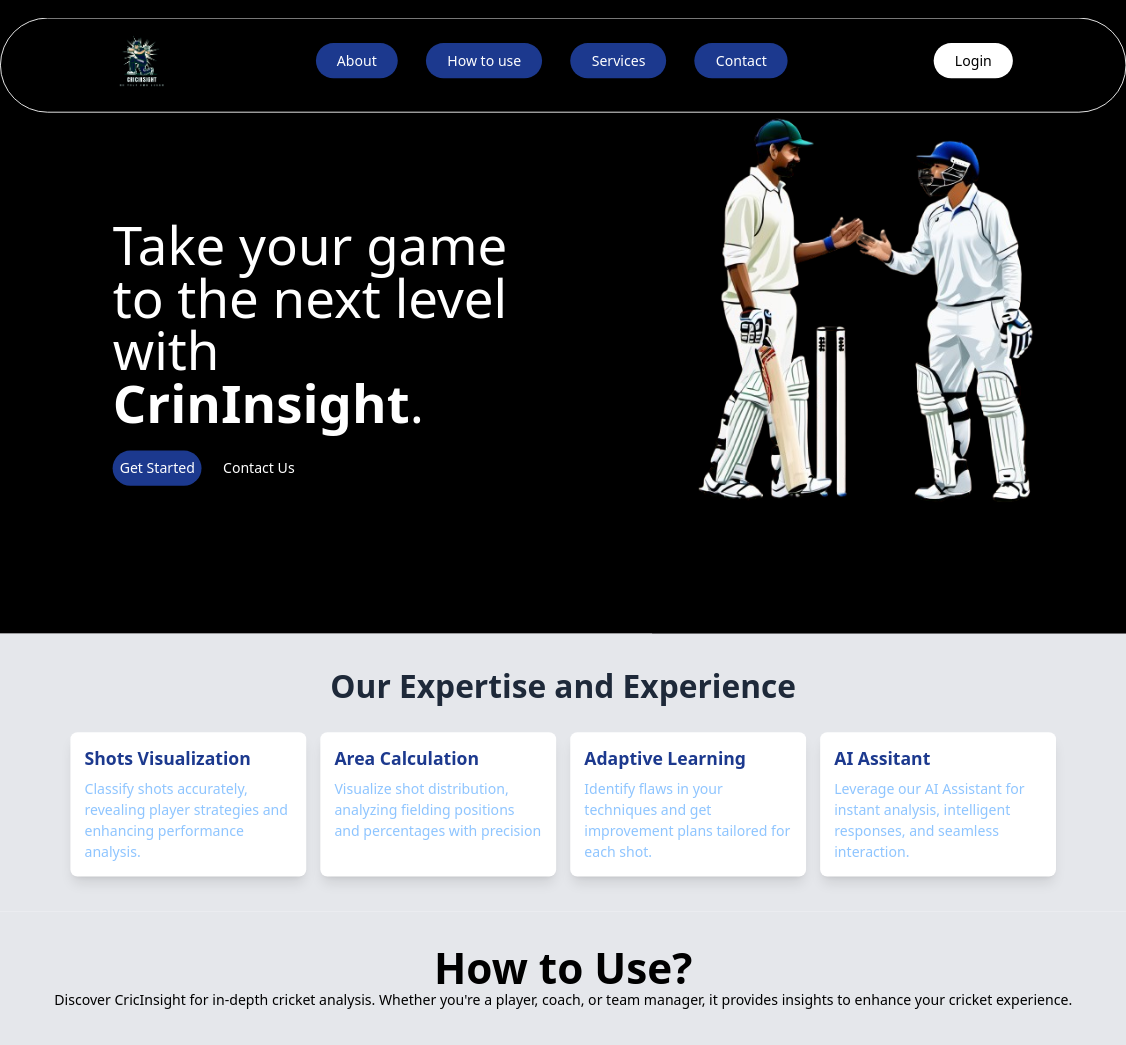
Repository: ahsanfawadaf/cricket
Page: /
These files come from the project's save history. The page is drawn as it stood at one moment and after the next save; the edit follows.
The browser window is 1280 px wide. The pictures show the whole page, at 88% of full size.
The project was rebuilt for these pictures with package versions that can differ from the ones it lists, and the page was loaded fresh each time. Also part of the build but not shown: vite.config.js.

Above is the page before, as saved 2025-09-16 12:33:14.

### index.html
<!doctype html>
<html lang="en">
  <head>
    <meta charset="UTF-8" />
    <link rel="icon" type="image/svg+xml" href="/cric_logo.png" />
    <meta name="viewport" content="width=device-width, initial-scale=1.0" />
    <title>Cricket Web</title>
  </head>
  <body>
    <div id="root"></div>
    <script type="module" src="/src/main.jsx"></script>
  </body>
</html>

### src/App.jsx
import React from 'react'

import Header from './components/Header'
import Our_experience from './components/Our_experience'
import Howtouse from './components/Howtouse'


const App = () => {
  return (
    <div>
     <Header/>
     <Our_experience/>
     <Howtouse/>



    </div>
  )
}

export default App

### src/components/Header.jsx
import React from 'react'
import Navbar from './Navbar'
import cric_home_img from '../assets/cric_home_img.png'

const Header = () => {
  return (
    <div className='w-full min-h-screen bg-cover bg-black items-center flex overflow-hidden'>
    <Navbar/>
         <div className='flex flex-col mx-auto items-start px-2 md:px-20 lg:px-32'>
             <h1 className='text-md block font-xsm sm:text-6xl text-white gap-2 max-w-6xl inline-block pt-20'>Take your game to  the next level with <span className='text-4xl sm:text-6xl font-bold'>CrinInsight</span>.</h1>
             <div className='flex gap-4 mt-6'>
                 <button className='rounded-full bg-blue-900 text-white px-2 py-2'>Get Started</button>
                 <button className='rounded-full bg-transparent  text-white px-2 py-2'>Contact Us</button>
             </div>
         </div>

         <div className='w-full bg-cover bg-black overflow-hidden min-h-screen'>
                 <img className='h-full pt-28 object-contain' src={cric_home_img} alt="" />
         </div>



    </div>
  )
}

export default Header

### src/components/Our_experience.jsx
import React from 'react'

const Our_experience = () => {
  return (
    <div className='bg-gray-200 py-10'>
          <h2 className='text-center font-bold text-4xl text-gray-800 mb-8'>Our Expertise and Experience</h2>


          <div className='max-w-6xl mx-auto px-4 grid grid-cols-1 md:grid-cols-2 lg:grid-cols-4 gap-4'>

               <div className='bg-white shadow-lg rounded-lg '>
                   <div className='p-4'>
                    <h3 className='text-xl mb-2 text-blue-900 font-semibold '>Shots Visualization</h3>
                    <p className='text-blue-300'>Classify shots accurately, revealing player strategies and enhancing performance analysis.</p>

                   </div>

               </div>
               <div className='bg-white shadow-lg rounded-lg '>
                   <div className='p-4'>
                    <h3 className='text-xl mb-2 text-blue-900 font-semibold '>Area Calculation</h3>
                    <p className='text-blue-300'>Visualize shot distribution, analyzing fielding positions and percentages with precision</p>

                   </div>

               </div>
               <div className='bg-white shadow-lg rounded-lg '>
                   <div className='p-4'>
                    <h3 className='text-xl mb-2 text-blue-900 font-semibold '>Adaptive Learning</h3>
                    <p className='text-blue-300'>Identify flaws in your techniques and get improvement plans tailored for each shot.</p>

                   </div>

               </div>
               <div className='bg-white shadow-lg rounded-lg '>
                   <div className='p-4'>
                    <h3 className='text-xl mb-2 text-blue-900 font-semibold '>AI Assitant</h3>
                    <p className='text-blue-300'>Leverage our AI Assistant for instant analysis, intelligent responses, and seamless interaction.</p>

                   </div>

               </div>







          </div>









    </div>
  )
}

export default Our_experience

### src/components/Howtouse.jsx
import React from 'react'

const Howtouse = () => {
  return (
    <div className='bg-gray-200 py-10'>
        <h2 className='text-5xl text-center font-semibold '>How to Use?</h2>
        <p className='px-2 text-center'>Discover CricInsight for in-depth cricket analysis. Whether you're a player, coach, or team manager, it provides insights to enhance your cricket experience.</p>







    </div>
  )
}

export default Howtouse

### src/components/Navbar.jsx
import React from 'react'
import cric_logo from '../assets/cric_logo.png'

const Navbar = () => {
  return (
    <div className='top-0 mt-5 pb-4  left-0 w-full fixed z-99 rounded-full bg-transparent border border-white' style={{height:'15vh'}}  >


        <div className='mx-auto justify-between flex items-center px-4 py-4   md:px-20 lg:px-32'>

         <img src={cric_logo} className='h-full max-h-16 object-contain' alt="" />



         <ul className='hidden md:flex gap-8 text-white '>

             <button className='rounded-full px-6 py-2 bg-blue-900 text-white'>About</button>
             <button className='rounded-full px-6 py-2 bg-blue-900 text-white'>How to use</button>
             <button className='rounded-full px-6 py-2 bg-blue-900 text-white'>Services</button>
             <button className='rounded-full px-6 py-2 bg-blue-900 text-white'>Contact</button>



         </ul>

         <button className='rounded-full hidden md:block px-6 py-2 bg-white'>Login</button>
        </div>



    </div>
  )
}

export default Navbar

Loaded but not shown: src/main.jsx (common file); src/index.css (common file)

After the next save:
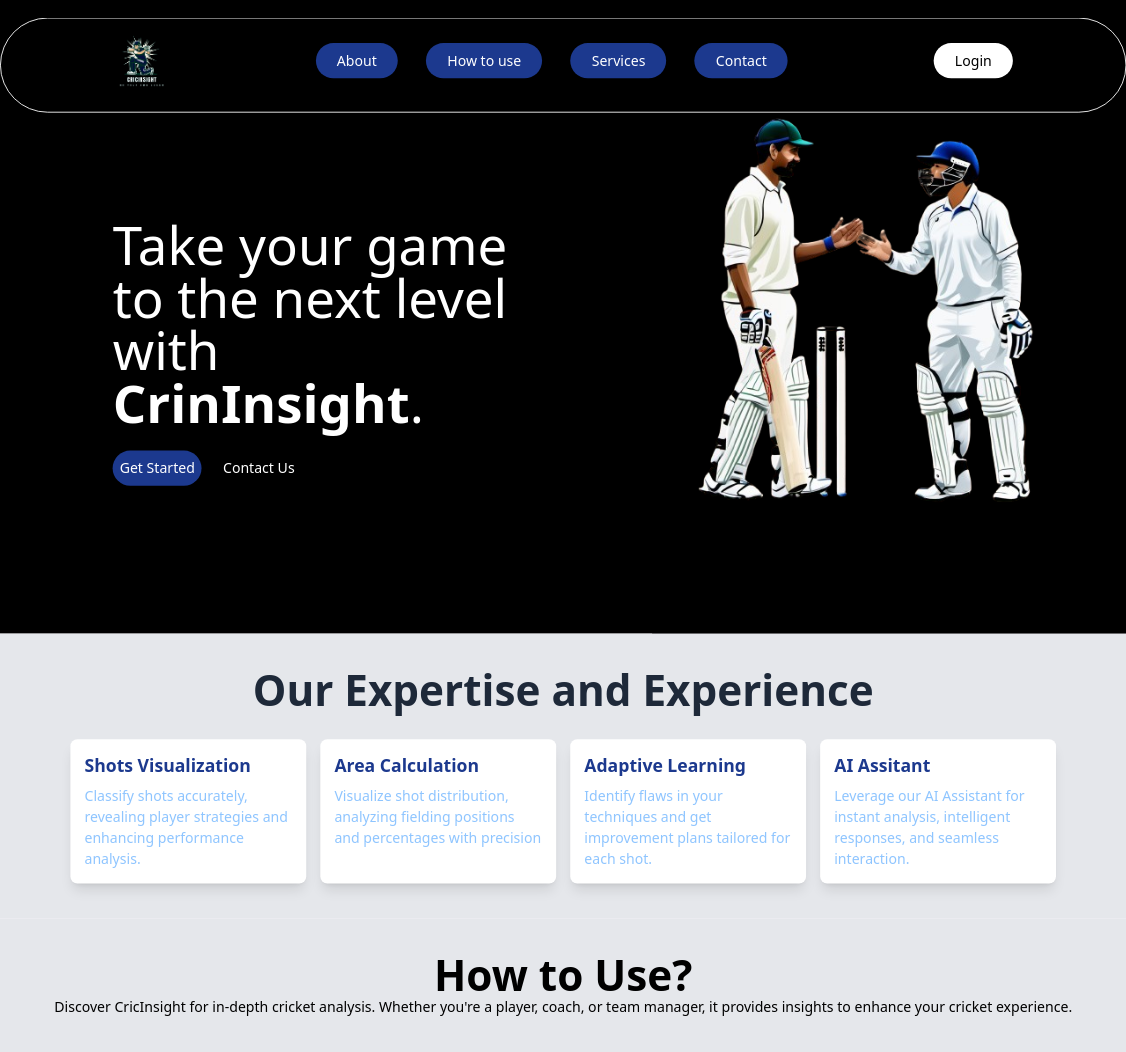
Saved 17 s later.
--- a/src/components/Our_experience.jsx
+++ b/src/components/Our_experience.jsx
@@ -3,7 +3,7 @@
 const Our_experience = () => {
   return (
     <div className='bg-gray-200 py-10'>
-          <h2 className='text-center font-bold text-4xl text-gray-800 mb-8'>Our Expertise and Experience</h2>
+          <h2 className='text-center font-bold text-5xl text-gray-800 mb-8'>Our Expertise and Experience</h2>
 
 
           <div className='max-w-6xl mx-auto px-4 grid grid-cols-1 md:grid-cols-2 lg:grid-cols-4 gap-4'>
